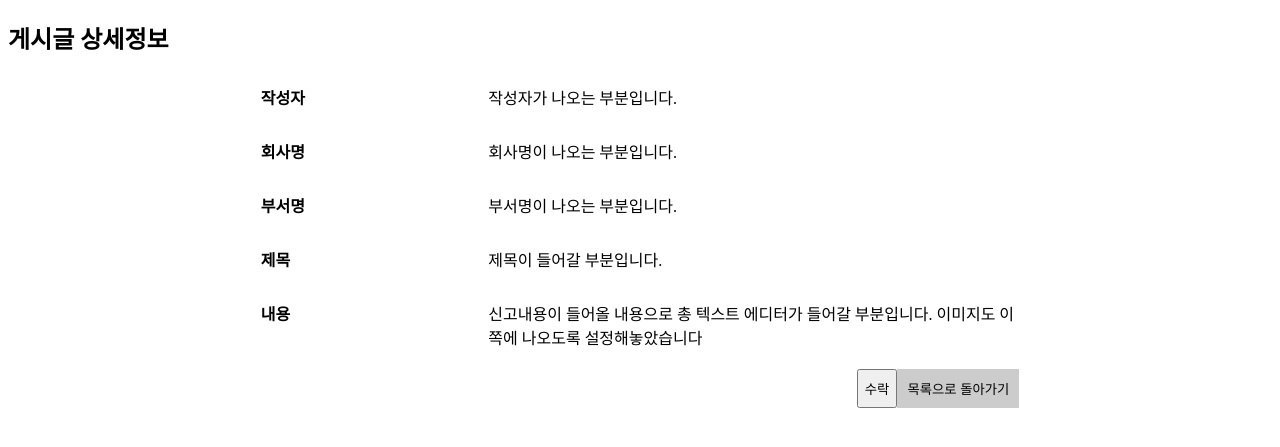
Repository: thdtjdgml415/exVoc
Page: /AdminView/1
An editor plug-in stored every save of this project. The page is shown before and after the next save, followed by the edit.
The browser window is 1280 px wide. The pictures show the whole page.
The project was rebuilt for these pictures with package versions that can differ from the ones it lists, and the page was loaded fresh each time. Also part of the build but not shown: src/components/table/CommonTable.css, src/components/table/CommonTable.js, src/components/table/CommonTableColumn.js, src/components/table/CommonTableRow.js, src/components/table/CommonTableWriteBtn.js, src/Page/PostList.js, src/Page/PostMain.js, src/Page/PostView.js and 7 more.

Above is the page before, as saved 2023-01-13 14:06:41.

After the next save:
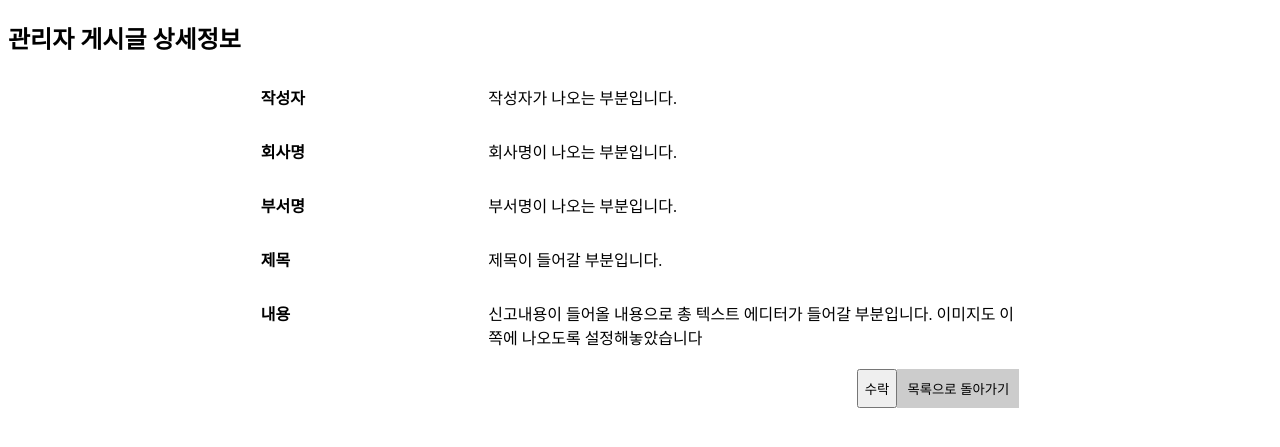
Saved 32 s later.
--- a/src/Page/AdminView.js
+++ b/src/Page/AdminView.js
@@ -16,7 +16,7 @@ const AdminView = ({ }) => {
 
   return (
     <>
-      <h2 align="left">게시글 상세정보</h2>
+      <h2 align="left">관리자 게시글 상세정보</h2>
       <div className="post-view-wrapper">
           <>
             <div className="post-view-row">
